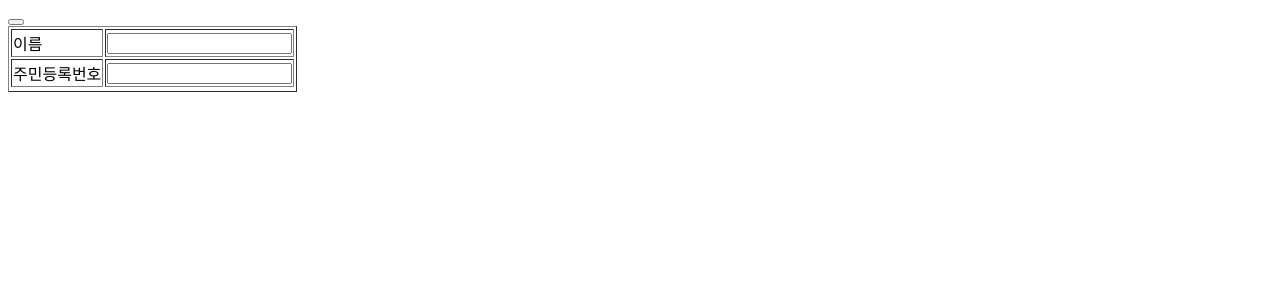
Repository: Jhoon0211/java_work
Page: http://localhost/jspProj/res_number/res_number.jsp
The author's editor kept a copy of each file at every save. The page is drawn from the files as they stood at one save, then again after the next save.
The browser window is 1280 px wide. The pictures show the whole page.
The page is served by Tomcat 9. Other server files are loaded and not shown.

Above is the page before, as saved 2023-08-02 02:08:13.

### jspProj/src/main/webapp/res_number/res_number.jsp
<%@ page language="java" contentType="text/html; charset=UTF-8"
    pageEncoding="UTF-8"%>
<!DOCTYPE html>
<html>
<head>
<meta charset="UTF-8">
<title>Insert title here</title>
</head>
<body>
	<form>
		<table border="">
			<tr>
				<td>이름</td>
				<td><input type="text" /></td>
			</tr>
			<tr>
				<td>주민등록번호</td>
				<td><input type="text" /></td>
			</tr>
			<tr><button type="submit" value="제출"></button></tr>
		</table>
	</form>
</body>
</html>

After the next save:
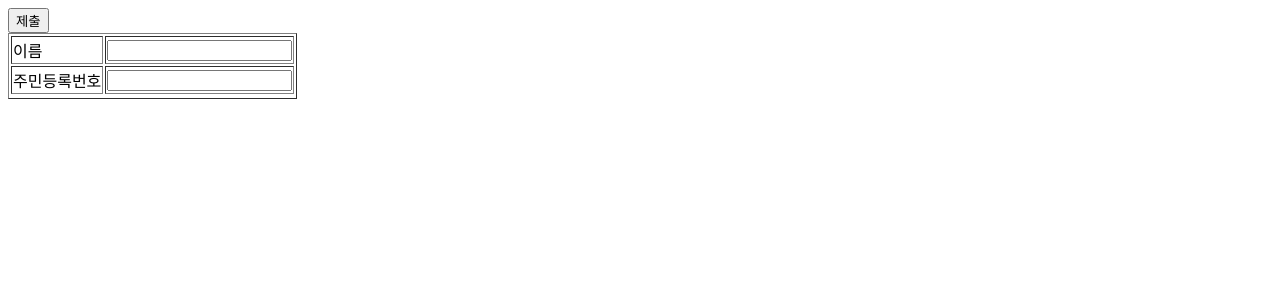
Saved 12 s later.
--- a/jspProj/src/main/webapp/res_number/res_number.jsp
+++ b/jspProj/src/main/webapp/res_number/res_number.jsp
@@ -17,7 +17,7 @@
 				<td>주민등록번호</td>
 				<td><input type="text" /></td>
 			</tr>
-			<tr><button type="submit" value="제출"></button></tr>
+			<tr><button type="submit" value="제출">제출</button></tr>
 		</table>
 	</form>
 </body>

After the save that followed:
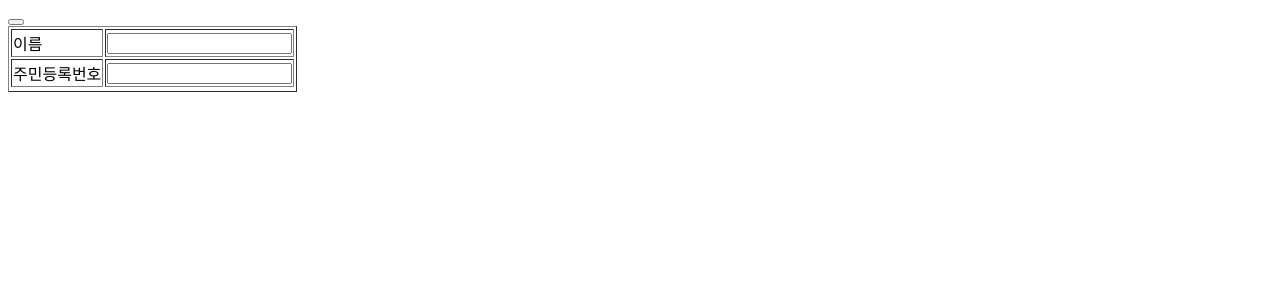
Saved 9 s later.
--- a/jspProj/src/main/webapp/res_number/res_number.jsp
+++ b/jspProj/src/main/webapp/res_number/res_number.jsp
@@ -17,7 +17,7 @@
 				<td>주민등록번호</td>
 				<td><input type="text" /></td>
 			</tr>
-			<tr><button type="submit" value="제출">제출</button></tr>
+			<tr><button type="submit" value="제출"></button></tr>
 		</table>
 	</form>
 </body>
